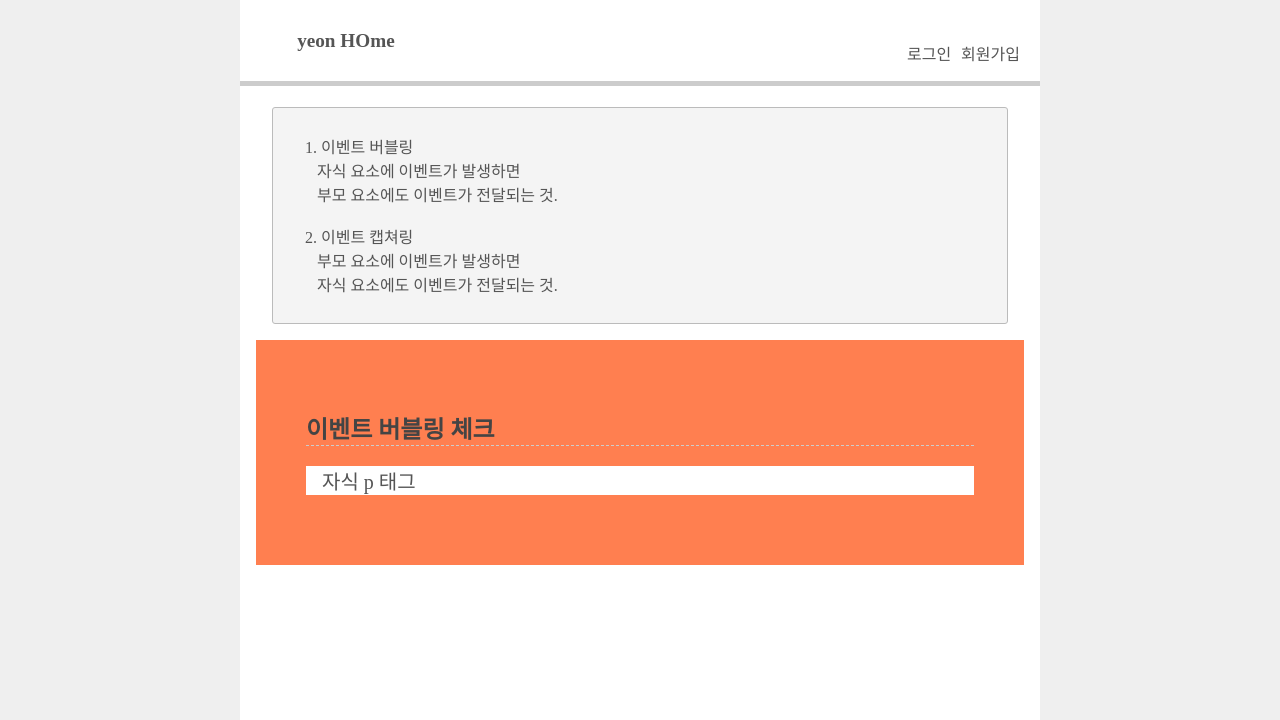
Repository: yeonhwa323/webPro
Page: webPro/src/main/webapp/javascript/days07/ex12.html
These files come from the project's save history. The page is drawn as it stood at one moment and after the next save; the edit follows.
The browser window is 1280 px wide. The pictures show the whole page.
Some web fonts or font styles are not loaded; a fallback is used.

Above is the page before, as saved 2024-04-15 05:51:12.

After the next save:
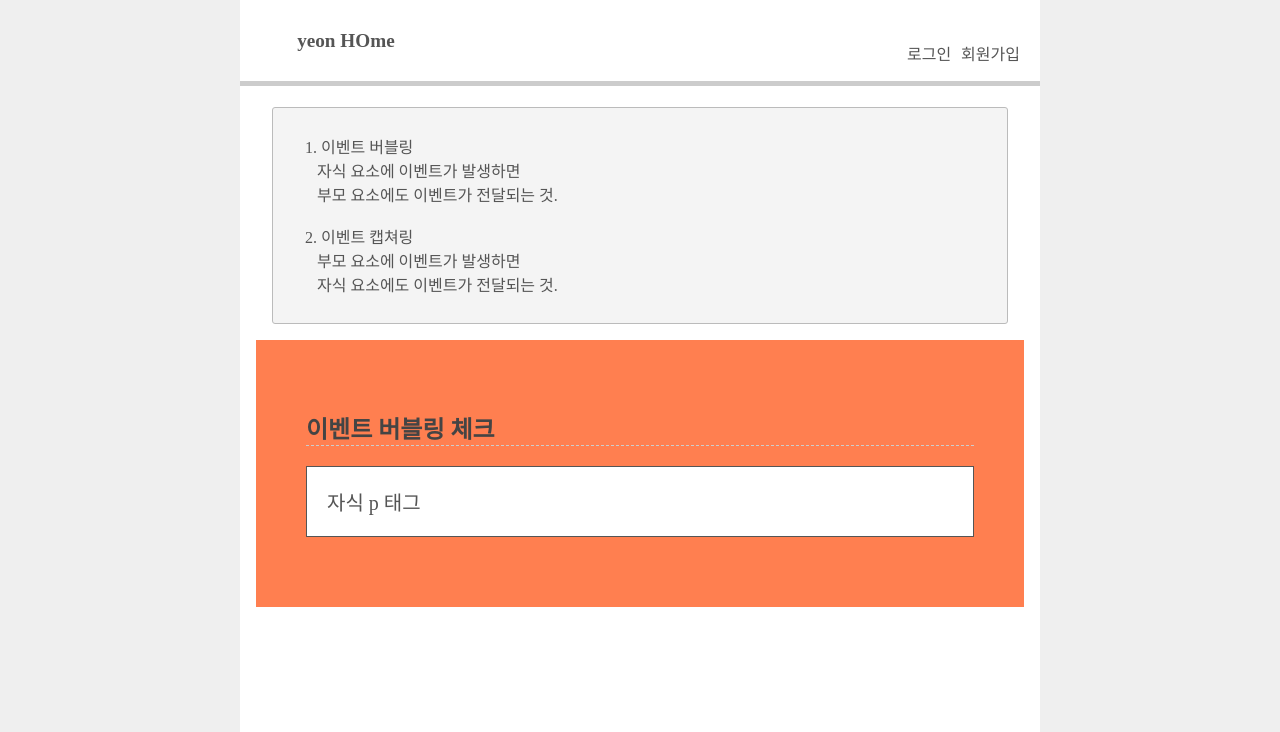
Saved 53 s later.
--- a/webPro/src/main/webapp/javascript/days07/ex12.html
+++ b/webPro/src/main/webapp/javascript/days07/ex12.html
@@ -21,6 +21,8 @@
   #in{
     background: white;
     font-size: 20px;
+    border: 1px solid;
+    padding: 20px;
   }
 </style>
 </head>
